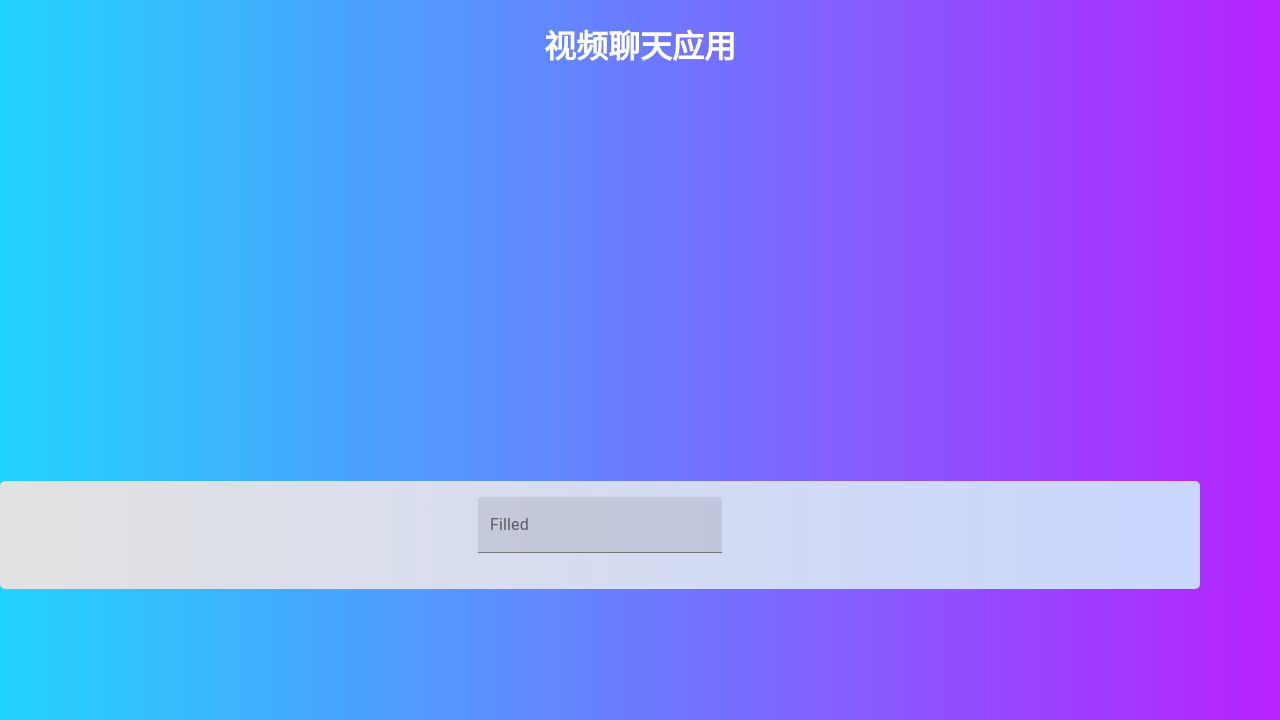
Repository: CodeFreedom-A/webRtc
Page: /
The author's editor kept a copy of each file at every save. The page is drawn from the files as they stood at one save, then again after the next save.
The browser window is 1280 px wide. The pictures show the whole page.
The page's requests for data from a server got no answer. The project was rebuilt for these pictures with package versions that can differ from the ones it lists, and the page was loaded fresh each time. No one was signed in, and anything a server would have sent is missing.

Above is the page before, as saved 2022-12-21 17:12:43.

### src/App.js
/*
 * @Author: sunheng
 * @Date: 2022-12-21 15:50:22
 * @LastEditors: sunheng
 * @LastEditTime: 2022-12-21 17:12:07
 * @Description: 请填写简介
 */

import Button from "@material-ui/core/Button";
import IconButton from "@material-ui/core/IconButton";
import TextField from "@material-ui/core/TextField";
import AssignmentIcon from "@material-ui/icons/Assignment";
import PhoneIcon from "@material-ui/icons/Phone";
import React, { useEffect, useRef, useState } from "react";
import { CopyToClipboard } from "react-copy-to-clipboard";
import Peer from "simple-peer";
import io from "socket.io-client";
import "./App.css";
// 客户端socket链接
const socket = io.connect("http//localhost:5000");
function App() {
  const [stream, setStream] = useState(null);
  const [name, setName] = useState(null);
  const Myvideo = useRef();
  //
  useEffect(() => {
    navigator.mediaDevices
      .getUserMedia({ video: true, audio: true })
      .then((res) => {
        console.log(res);
        setStream(res);
        Myvideo.current.srcObject = res;
      })
      .catch((err) => {
        console.log("没有摄像头", err);
      });
  }, []);
  return (
    <>
      <h1 style={{ textAlign: "center", color: "#fff" }}>视频聊天应用</h1>
      <div className="container">
        {/* 视频容器 */}
        <div className="video-container">
          <div className="video">
            <video
              playsInline
              muted
              autoPlay
              style={{ width: "500px" }}
              ref={Myvideo}
            ></video>
          </div>
        </div>
      </div>

      <div className="myId">
        <TextField
          id="filled-basic"
          label="Filled"
          variant="filled"
          value={name}
          style={{ marginBottom: "20px" }}
          onChange={(e) => setName(e.target.value)}
        />
      </div>
    </>
  );
}

export default App;

### src/App.css
.container {
  display: grid;
  grid-template-columns: 7fr 3fr;
  margin-top: 10rem;
}


.video-container {
  display: grid;
  grid-template-columns: 1fr 1fr;
  justify-content: center;
  align-content: center;

  margin-left: 10rem;
}


/* 右侧面板 */

.myId {
  margin-right: 5rem;
  border-radius: 5px;
  background: #c9d6ff;
  background: linear-gradient(to right,
      #e2e2e2,
      #c9d6ff);

  padding: 1rem;
  display: grid;
  justify-content: center;
  align-content: center;
}

.call-button {
  text-align: center;
  margin-top: 2rem;
}



.caller {
  text-align: center;
  color: #fff;
}

body {
  background-image: linear-gradient(to right, #21D4FD 0%, #B721FF 100%);

}

Loaded but not shown: public/index.html (common file); src/index.js (common file); src/index.css (common file); src/reportWebVitals.js (common file)

After the next save:
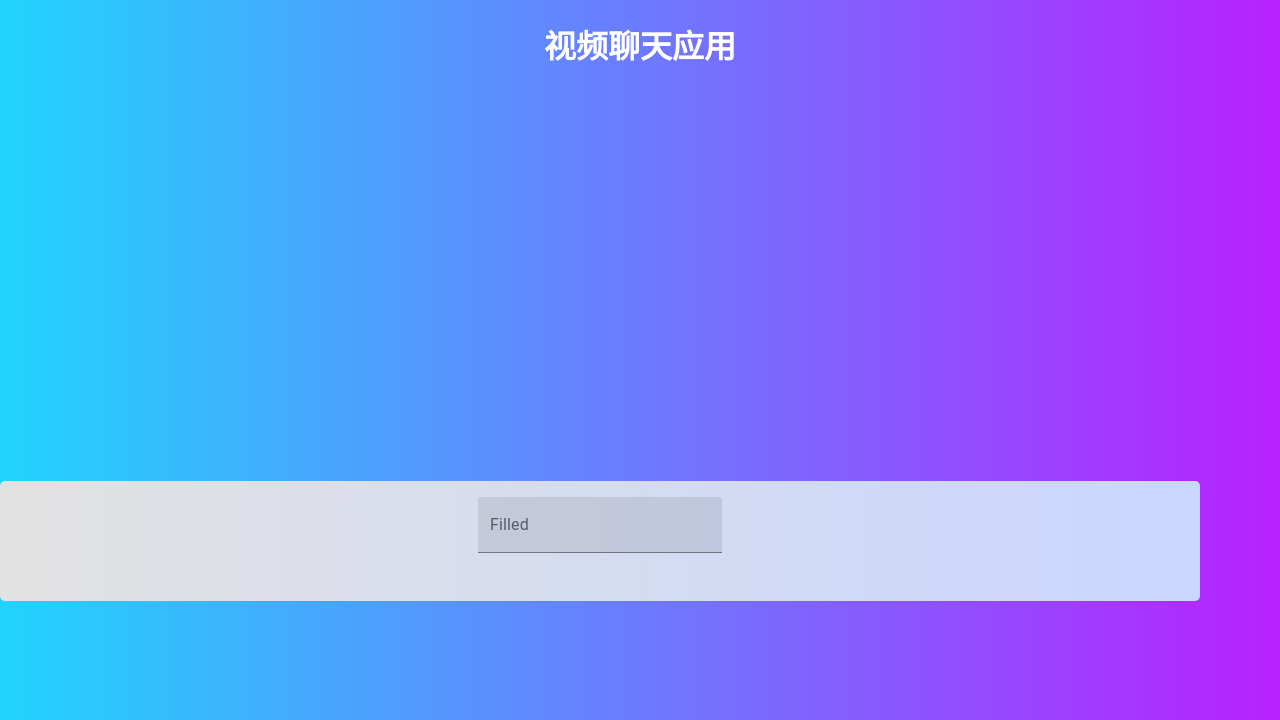
Saved 25 s later.
--- a/src/App.js
+++ b/src/App.js
@@ -2,7 +2,7 @@
  * @Author: sunheng
  * @Date: 2022-12-21 15:50:22
  * @LastEditors: sunheng
- * @LastEditTime: 2022-12-21 17:12:07
+ * @LastEditTime: 2022-12-21 17:13:08
  * @Description: 请填写简介
  */
 
@@ -62,6 +62,9 @@ function App() {
           style={{ marginBottom: "20px" }}
           onChange={(e) => setName(e.target.value)}
         />
+        <CopyToClipboard>
+          <Button></Button>
+        </CopyToClipboard>
       </div>
     </>
   );
